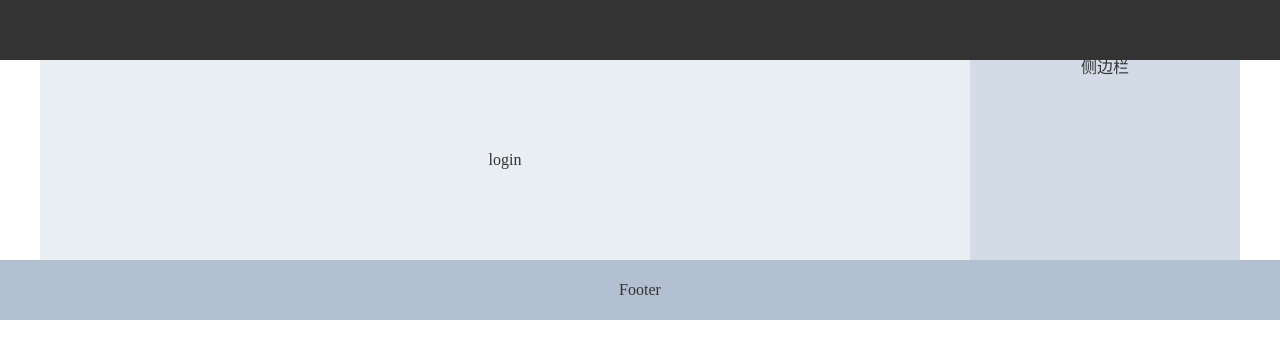
Repository: Trayvon21/cnode
Page: /login
These files come from the project's save history. The page is drawn as it stood at one moment and after the next save; the edit follows.
The browser window is 1280 px wide. The pictures show the whole page.
The project was rebuilt for these pictures with package versions that can differ from the ones it lists, and the page was loaded fresh each time. Also part of the build but not shown: vue.config.js.

Above is the page before, as saved 2019-12-16 13:44:12.

### public/index.html
<!DOCTYPE html>
<html lang="en">

<head>
    <meta charset="utf-8">
    <meta http-equiv="X-UA-Compatible" content="IE=edge">
    <meta name="viewport" content="width=device-width,initial-scale=1.0">
    <link rel="stylesheet" href="./css/reset.css">
    <link rel="icon" href="<%= BASE_URL %>favicon.ico">
    <title>demo</title>
</head>

<body>
    <noscript>
      <strong>We're sorry but demo doesn't work properly without JavaScript enabled. Please enable it to continue.</strong>
    </noscript>
    <div id="app"></div>
    <!-- built files will be auto injected -->
</body>

</html>

### src/main.js
import Vue from 'vue'
import App from './App.vue'
import router from './router'
import store from './store'
import service from './http'
import ElementUI from 'element-ui';
import 'element-ui/lib/theme-chalk/index.css';
import axios from 'axios'
Vue.use(ElementUI);
Vue.config.productionTip = false
Vue.prototype.$axios = service
new Vue({
    router,
    store,
    render: h => h(App)
}).$mount('#app')

### src/App.vue
<template>
 <div>
<router-view></router-view>
 </div>
</template>

<script>
 export default {
   data () {
     return {

     }
   },
   components: {

   },
   methods: {

   },
   mounted() {

   },
   watch: {

   },
   computed: {

   }
 }
</script>

<style scoped lang='scss'>

</style>

### src/router/index.js
import Vue from 'vue'
import VueRouter from 'vue-router'
import Home from '../views/Home.vue'

Vue.use(VueRouter)

const routes = [{
        path: '/',
        component: Home,
        children: [{
            path: '',
            name: 'main',
            component: () =>
                import ('../views/main/Main')
        }]
    }, {
        path: '/login',
        component: Home,
        children: [{
            path: '',
            name: 'login',
            component: () =>
                import ('../views/Login/Login')
        }]
    }, {
        path: '/:id',
        component: Home,
        children: [{
            path: '',
            name: 'detail',
            component: () =>
                import ('../views/detail/Detail')
        }]
    }, {
        path: '*',
        name: 'error',
        component: () => ('../views/error')
    }

]

const router = new VueRouter({
    mode: 'history',
    base: process.env.BASE_URL,
    routes
})

export default router

### src/http/index.js
import axios from 'axios'
import qs from 'qs'
import { Loading, Message } from 'element-ui'

// let loading = null


// 判断当前环境是生产环境还是开发环境
// process.env.NODE_ENV的值决定当前环境
// production为生产环境 development为开发环境
const isProduction = process.env.NODE_ENV === 'production'

// 创建axios配置对象
const service = axios.create()

// 接口基础路径
service.defaults.baseURL = isProduction ? '线上接口路径' : '/api'

// 超时时间
service.defaults.timeout = 10000
    // 请求头类型
service.defaults.headers.post['Content-Type'] = 'application/x-www-form-urlencoded'

// 请求拦截器
service.interceptors.request.use(config => {
    loading = Loading.service({
        text: '正在加载中......'
    })
    let token = localStorage.getItem('adminToken')
        // 每次请求 都在请求头带上token
    if (token) {
        config.headers['Authorization'] = 'Bearer ' + token
    }
    return config
}, err => {
    console.log(err)
    return Promise.reject(err)
})

// 响应拦截器
service.interceptors.response.use(response => {
    if (loading) {
        loading.close()
    }
    return response.data
}, err => {
    // if (err.response.status === 401) {
    //   Message.error(err.response.data.msg)
    // }
})

service.req = function(...params) {
    if (params.length === 1) {
        return service.get(params[0])
    }
    if (params.length === 2) {
        return service.post(params[0], qs.stringify(params[1]))
    }
}

export default service

### src/views/Home.vue
<template>
  <div>
    <el-container>
      <el-header>Header</el-header>
      <el-container class="main">
        <el-main>
          <router-view />
        </el-main>
        <el-aside width="270px">
          <Aside class="aside"/>
        </el-aside>
      </el-container>
      <el-footer>Footer</el-footer>
    </el-container>
  </div>
</template>

<script>
import Aside from "../components/aside/Aside";
export default {
  data() {
    return {};
  },
  components: {
    Aside
  },
  methods: {},
  mounted() {},
  watch: {},
  computed: {}
};
</script>

<style scoped lang='scss'>
.el-header {
  background-color: #333;
  color: #333;
  text-align: center;
  line-height: 50px;
}
.el-main {
  background-color: #e9eef3;
  color: #333;
  text-align: center;
  line-height: 160px;
}
.el-aside {
  background-color: #d3dce6;
  color: #333;
  text-align: center;
}

.el-footer {
  background-color: #b3c0d1;
  color: #333;
  text-align: center;
  line-height: 60px;
}
.main {
  width: 1200px;
  margin: 0 auto;
}
body {
  background: #e9eef3 !important;
}
</style>

### src/views/Login/Login.vue
<template>
  <div>login</div>
</template>

<script>
export default {
  data() {
    return {};
  },
  components: {},
  methods: {},
  mounted() {},
  watch: {},
  computed: {}
};
</script>

<style scoped lang='scss'>
</style>

### src/components/aside/Aside.vue
<template>
 <div>
     侧边栏
 </div>
</template>

<script>
 export default {
   data () {
     return {

     }
   },
   components: {

   },
   methods: {

   },
   mounted() {

   },
   watch: {

   },
   computed: {

   }
 }
</script>

<style scoped lang='scss'>

</style>

Loaded but not shown: src/store/index.js (common file); public/css/reset.css (common file)

After the next save:
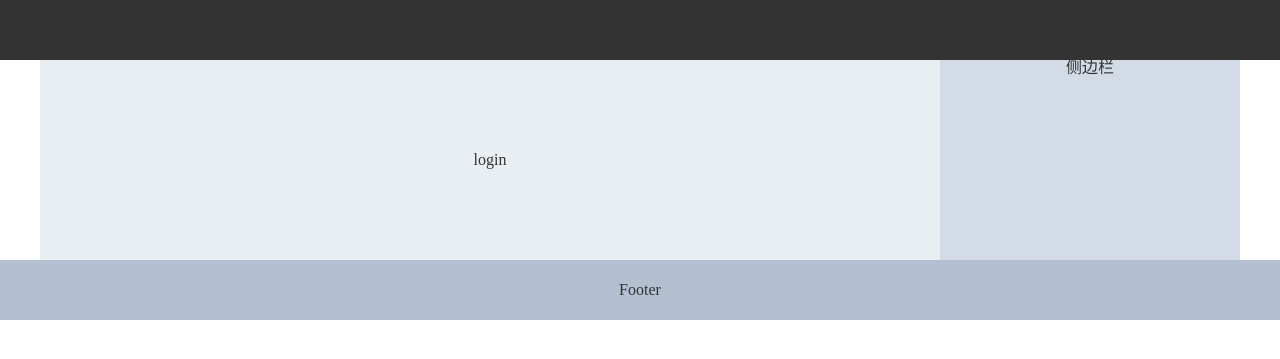
Saved 66 s later.
--- a/src/views/Home.vue
+++ b/src/views/Home.vue
@@ -6,8 +6,8 @@
         <el-main>
           <router-view />
         </el-main>
-        <el-aside width="270px">
-          <Aside class="aside"/>
+        <el-aside class="aside">
+          <Aside />
         </el-aside>
       </el-container>
       <el-footer>Footer</el-footer>
@@ -48,6 +48,7 @@ export default {
   background-color: #d3dce6;
   color: #333;
   text-align: center;
+  width: 270px;
 }
 
 .el-footer {
